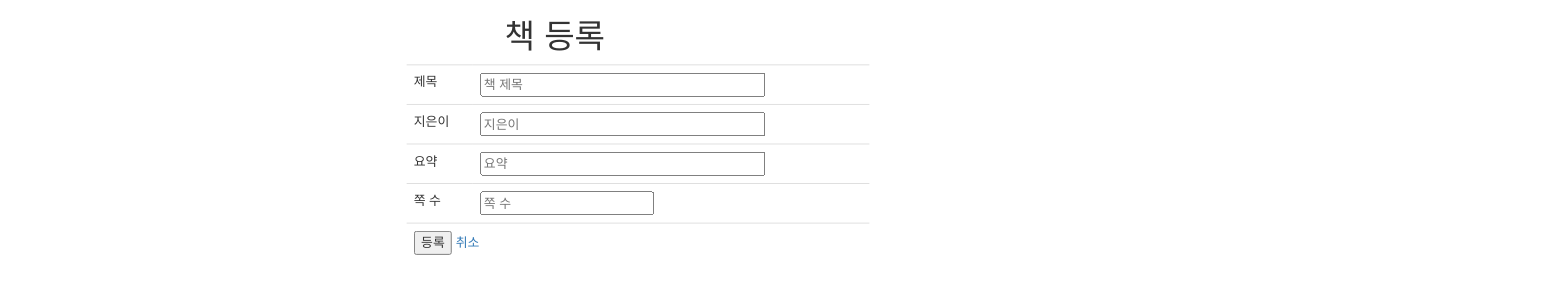
Repository: newzinee/SKDidimdolSpring
Page: http://localhost/AZBookPrj/insertBook.jsp
The author's editor kept a copy of each file at every save. The page is drawn from the files as they stood at one save, then again after the next save.
The browser window is 1280 px wide. The page is 1703 px wide, so the pictures cover 1703 px, including what lies to the right of the window. The pictures show the whole page, at 92% of full size.
The page is served by Tomcat 9. Nobody is signed in. The application's start-up code is not run. Other server files are loaded and not shown.

Above is the page before, as saved 2017-02-12 14:27:53.
Console error (its wording comes from the project's code and is left out).

### AZBookPrj/WebContent/insertBook.jsp
<%@ page language="java" contentType="text/html; charset=UTF-8"
	pageEncoding="UTF-8"%>
<%@ taglib uri="http://java.sun.com/jsp/jstl/core" prefix="c"%>
<!DOCTYPE html PUBLIC "-//W3C//DTD HTML 4.01 Transitional//EN" "http://www.w3.org/TR/html4/loose.dtd">
<html>
<head>
<meta http-equiv="Content-Type" content="text/html; charset=UTF-8">
<title>책등록</title>
<!-- 합쳐지고 최소화된 최신 CSS -->
<link rel="stylesheet" href="https://maxcdn.bootstrapcdn.com/bootstrap/3.3.2/css/bootstrap.min.css">

<!-- 부가적인 테마 -->
<link rel="stylesheet" href="https://maxcdn.bootstrapcdn.com/bootstrap/3.3.2/css/bootstrap-theme.min.css">

<!-- 합쳐지고 최소화된 최신 자바스크립트 -->
<script src="https://maxcdn.bootstrapcdn.com/bootstrap/3.3.2/js/bootstrap.min.js"></script>
<style type="text/css">

 	.lasttd > * {
 	text-align: center;
 		margin-left: auto;
 		margin-right: auto;
 		display: inline-block;
 		}
</style>

</head>
<body>
	<div class="container col-md-offset-5">
		<h1>책 등록</h1>
	</div>
	<div class="container col-md-offset-4 col-md-5">
		<form method="POST" action="insertBook.do">
			<table class="table table-hover">
				<tr>
					<td>제목</td>
					<td><input type="text" name="title" placeholder="책 제목"
						size="35" required></td>
				</tr>
				<tr>
					<td>지은이</td>
					<td><input type="text" name="author" placeholder="지은이"
						size="35" required></td>
				</tr>
				<tr>
					<td>요약</td>
					<td><input type="text" name="summary" placeholder="요약"
						size="35"></td>
				</tr>
				<tr>
					<td>쪽 수</td>
					<td><input type="number" name="page" placeholder="쪽 수" size="35"></td>
				</tr>
				<tr>
					<td colspan=2 class="lasttd">
						<input type="submit" value="등록" class="lasttd">
						<a href="getBookList.do" class="lasttd">취소</a>
					</td>
				</tr>
			</table>
		</form>
	</div>
</body>
</html>

After the next save:
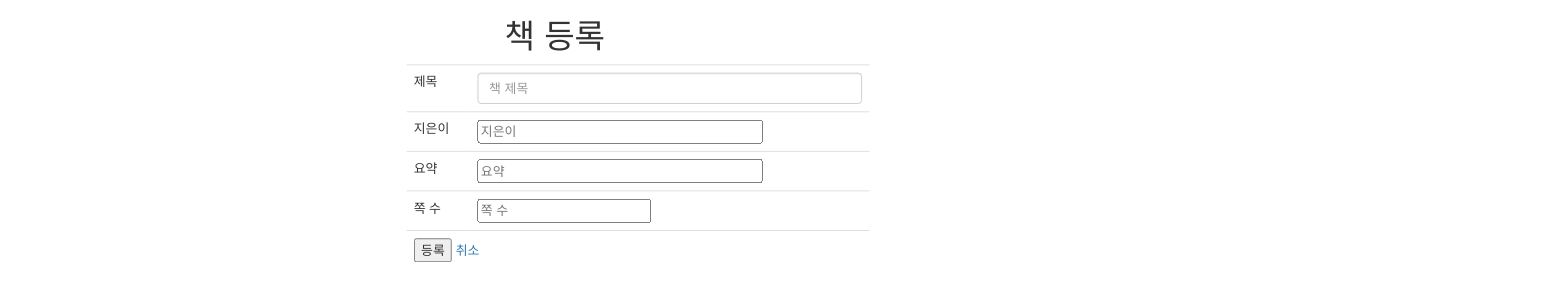
Saved 3 min 24 s later.
--- a/AZBookPrj/WebContent/insertBook.jsp
+++ b/AZBookPrj/WebContent/insertBook.jsp
@@ -15,13 +15,14 @@
 <!-- 합쳐지고 최소화된 최신 자바스크립트 -->
 <script src="https://maxcdn.bootstrapcdn.com/bootstrap/3.3.2/js/bootstrap.min.js"></script>
 <style type="text/css">
-
+/*
  	.lasttd > * {
  	text-align: center;
  		margin-left: auto;
  		margin-right: auto;
  		display: inline-block;
  		}
+ */
 </style>
 
 </head>
@@ -35,7 +36,7 @@
 				<tr>
 					<td>제목</td>
 					<td><input type="text" name="title" placeholder="책 제목"
-						size="35" required></td>
+						size="35" required class="form-control"></td>
 				</tr>
 				<tr>
 					<td>지은이</td>
